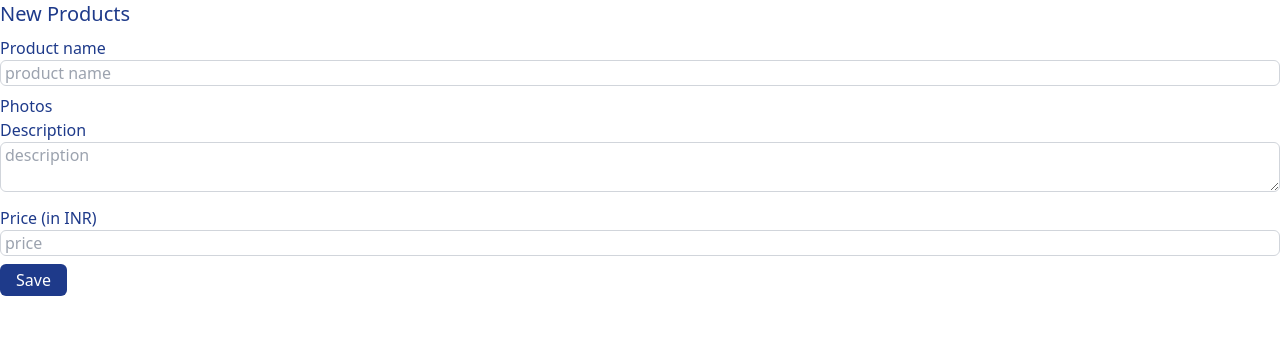
Repository: xoshiraghavx/CRUDS
Page: /products/new
These files come from the project's save history. The page is drawn as it stood at one moment and after a run of saves; the edit follows.
The browser window is 1280 px wide. The pictures show the whole page.
The project was rebuilt for these pictures with package versions that can differ from the ones it lists, and the page was loaded fresh each time. The framework's server and built-in components were replaced by stand-ins that run in the browser. Also part of the build but not shown: next.config.mjs.

Above is the page before, as saved 2024-04-02 18:44:06.

After the next 2 saves:
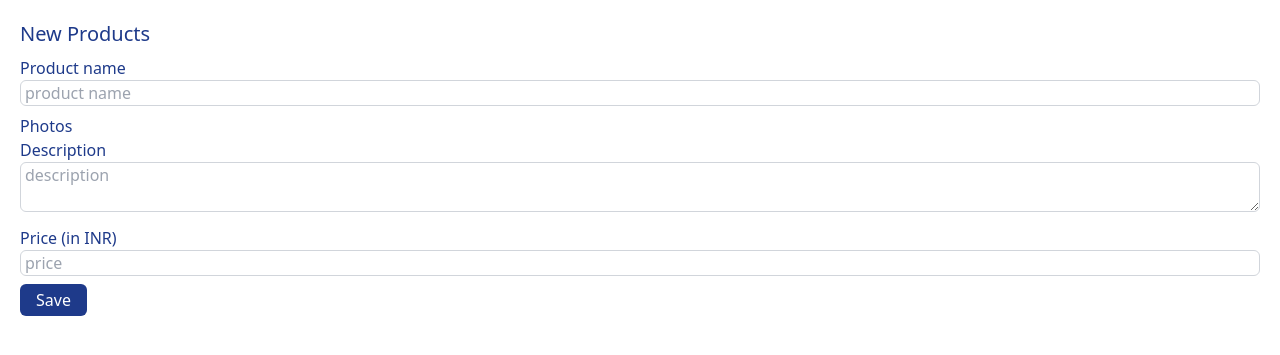
The 2 saves are shown as one change because they came seconds apart.
The last was saved 8 s later.
--- a/pages/products/new.js
+++ b/pages/products/new.js
@@ -3,9 +3,9 @@ import ProductForm from "@/components/ProductForm";
 export default function NewProduct(){
 
     return(
-        <dic cl>
+        <div className="m-5">
             <h1> New Products</h1>
             <ProductForm/>
-        </dic>
+        </div>
     )
 }
